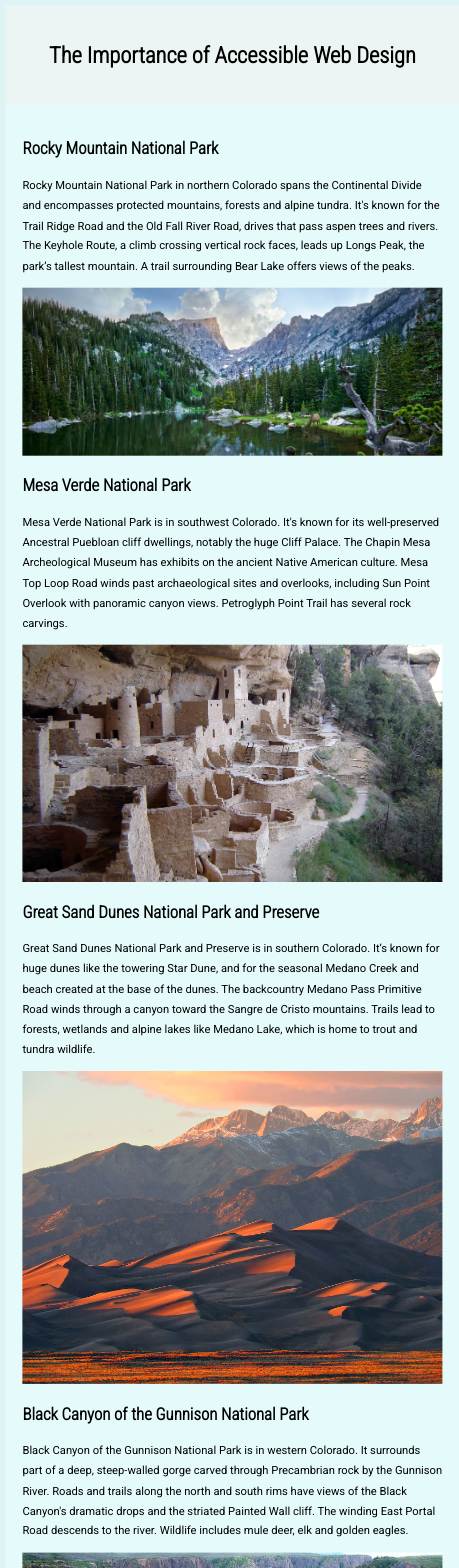
Repository: ethan-schrauf/UniversalDesignWebsite
Page: why.html
The author's editor kept a copy of each file at every save. The page is drawn from the files as they stood at one save, then again after the next save.
The browser window is 600 px wide. The page is 656 px wide, so the pictures cover 656 px, including what lies to the right of the window. The pictures show the part of the page from y = 0 to 2240 px (the page is 4367 px tall), at 70% of full size.

Above is the page before, as saved 2023-11-22 21:49:04.

After the next save:
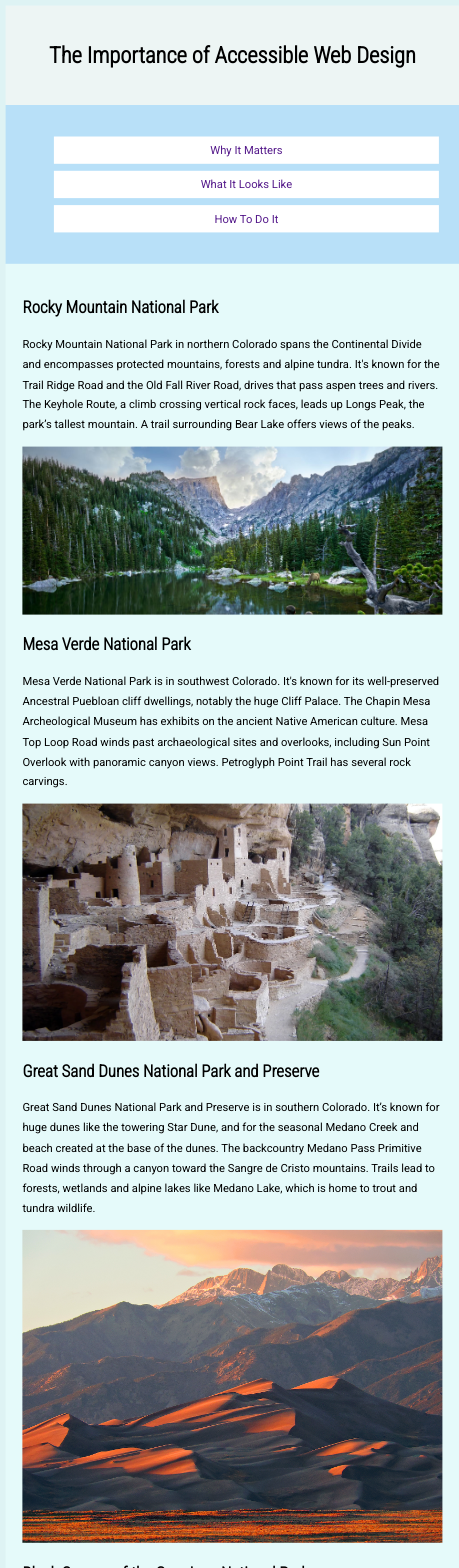
Saved 43 h 30 min later.
--- a/why.css
+++ b/why.css
@@ -94,10 +94,10 @@ nav ul {
        1fr;
     grid-template-areas:
       "heady"
+      "navvy"
       "mainy"
       "Park-Rules"
       "Colorado-Wildlife"
-      "navvy"
       "footy";
     }
     nav ul {
